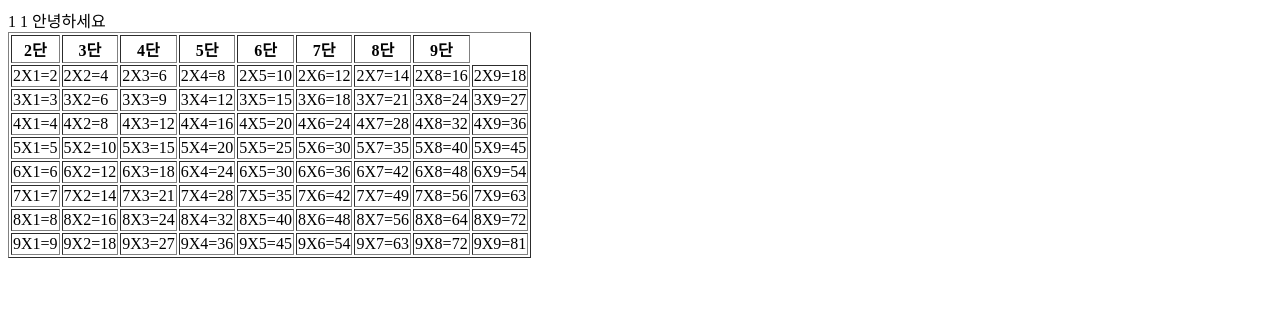
Repository: Luho0113/SpringBootStudy
Page: http://localhost/web/
These files come from the project's save history. The page is drawn as it stood at one moment and after the next save; the edit follows.
The browser window is 1280 px wide. The pictures show the whole page.
The page is served by Tomcat 9.

Above is the page before, as saved 2023-05-03 02:27:44.

After the next save:
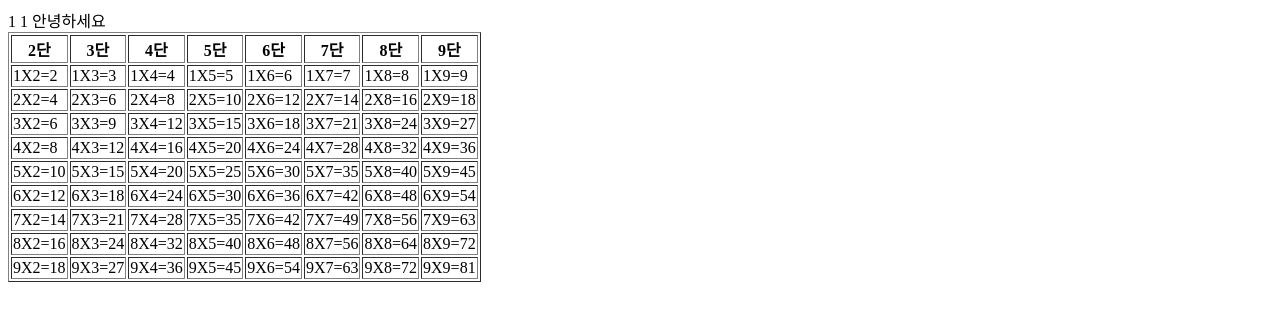
Saved 56 s later.
--- a/web/src/main/webapp/index.jsp
+++ b/web/src/main/webapp/index.jsp
@@ -27,9 +27,9 @@ out.println(str);
 				%>
 		</tr>
 		<%
-		for (int i = 2; i < 10; i++) {
+		for (int i = 1; i < 10; i++) {
 			out.println("<tr>");
-			for (int j = 1; j < 10; j++) {
+			for (int j = 2; j < 10; j++) {
 
 				out.println("<td>" + i + "X" + j + "=" + i * j + "</td>");
 
